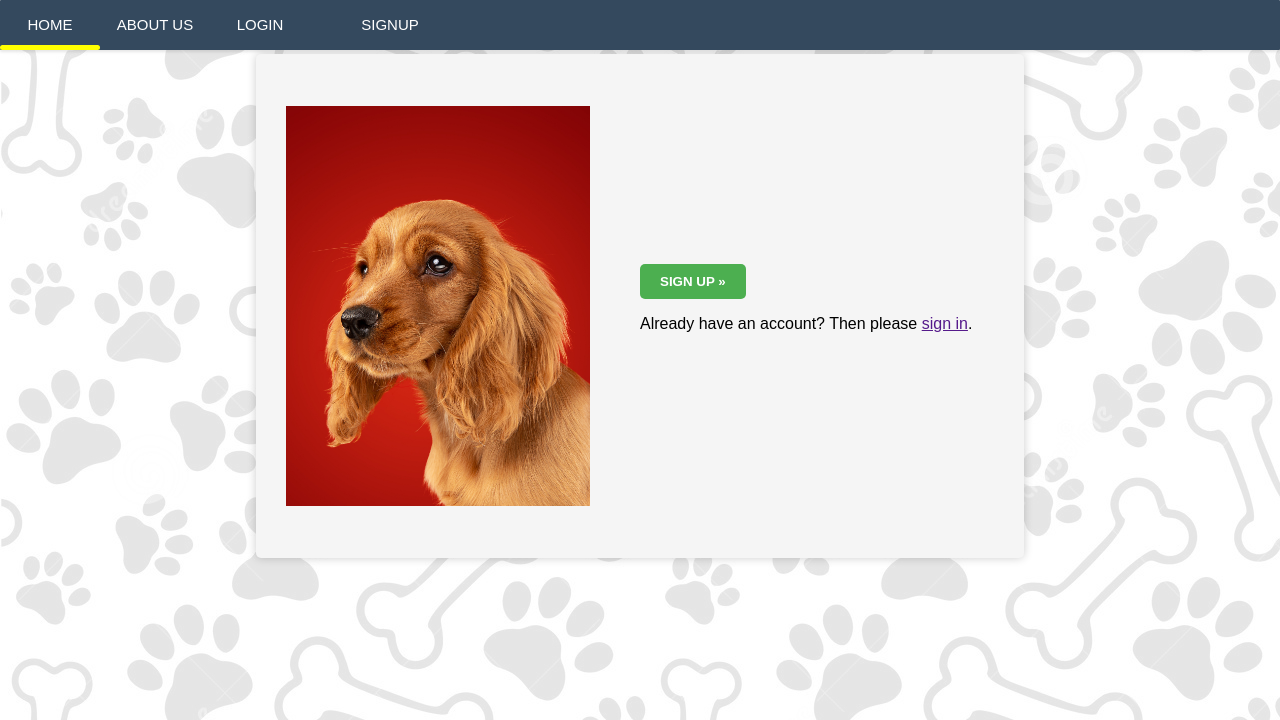
Repository: Chitti-g-k/Paw-Takers
Page: templates/account/signup.html
The author's editor kept a copy of each file at every save. The page is drawn from the files as they stood at one save, then again after the next save.
The browser window is 1280 px wide. The pictures show the whole page.
The template is drawn by Django 4.2. The application's start-up code is not run. The template is opened directly, without the code that normally fills it, so the values that code supplies are empty.

Above is the page before, as saved 2023-05-25 10:32:43.

After the next save:
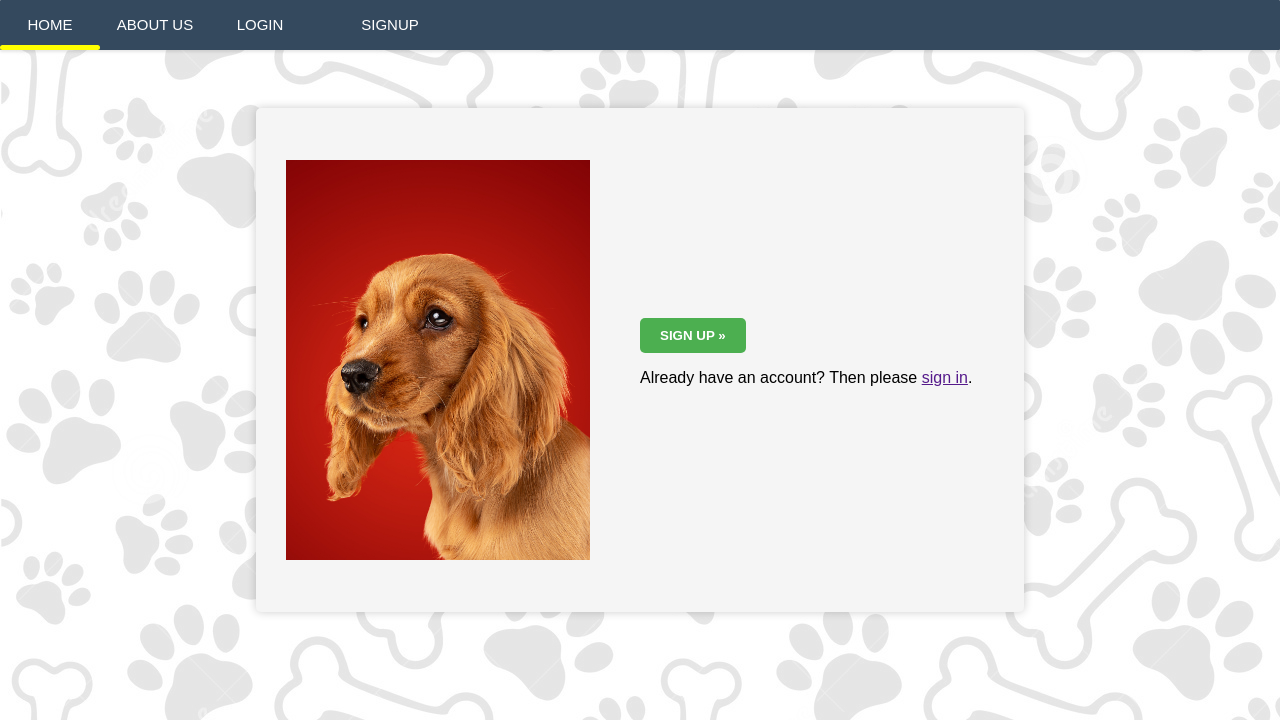
Saved 11 s later.
--- a/templates/account/signup.html
+++ b/templates/account/signup.html
@@ -185,15 +185,15 @@
         text-transform: uppercase;
     }
     </style>
-
+    <br>
+    <br>
+    <br>
     <div class="container">
       <div class="form-image">
         {% load static %}
         <img src="{% static './dog5.jpg' %}" alt="Image">
       </div>
-      <br>
-      <br>
-      <br>
+
 
       <div class="form-content">
         <form class="signup-form" id="signup_form" method="post" action="{% url 'account_signup' %}">
